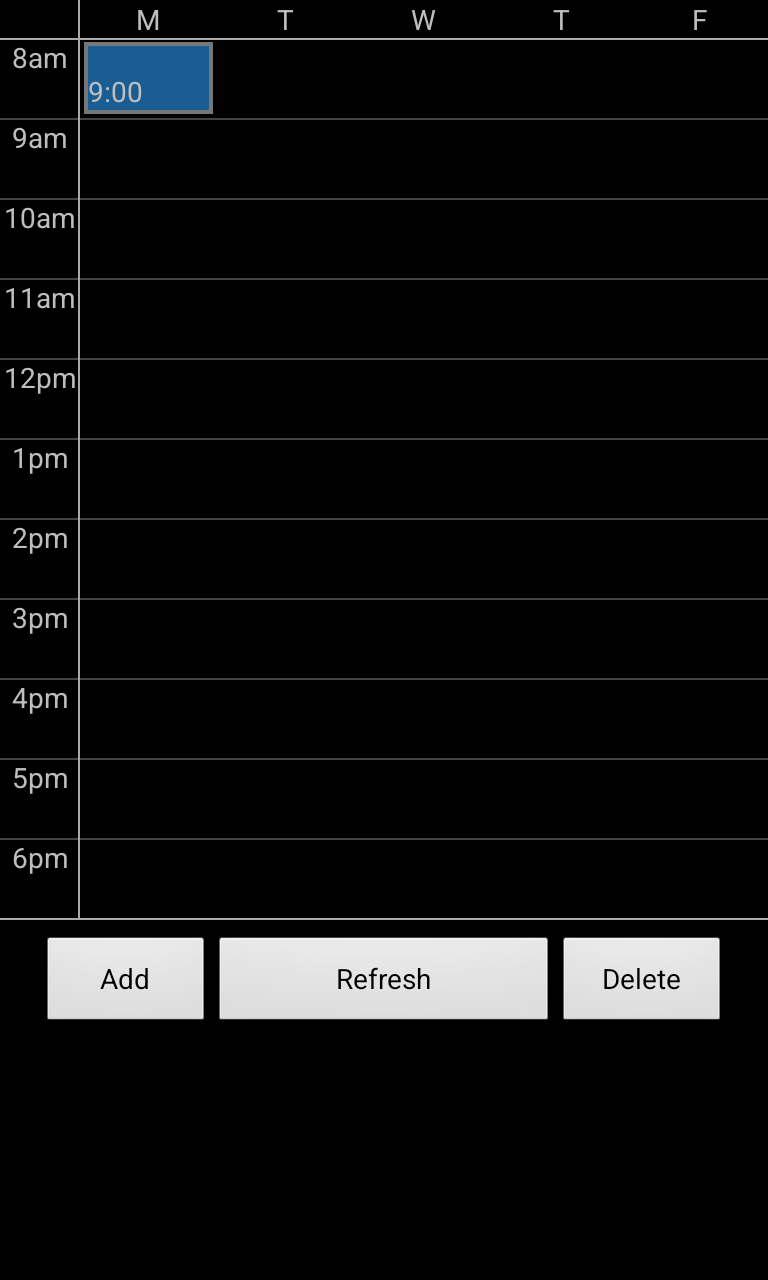
Repository: appsfactory/OfficeHours
Layout: OfficeHoursClient/res/layout/activity_schedule_view.xml
An editor plug-in stored every save of this project. The layout is shown before and after the next save, followed by the edit.
It is drawn on a 768 x 1280 px phone screen (xhdpi) without system bars, with theme AppTheme; the app's code is not run.

Above is the layout before, as saved 2012-09-27 18:13:13.

After the next save:
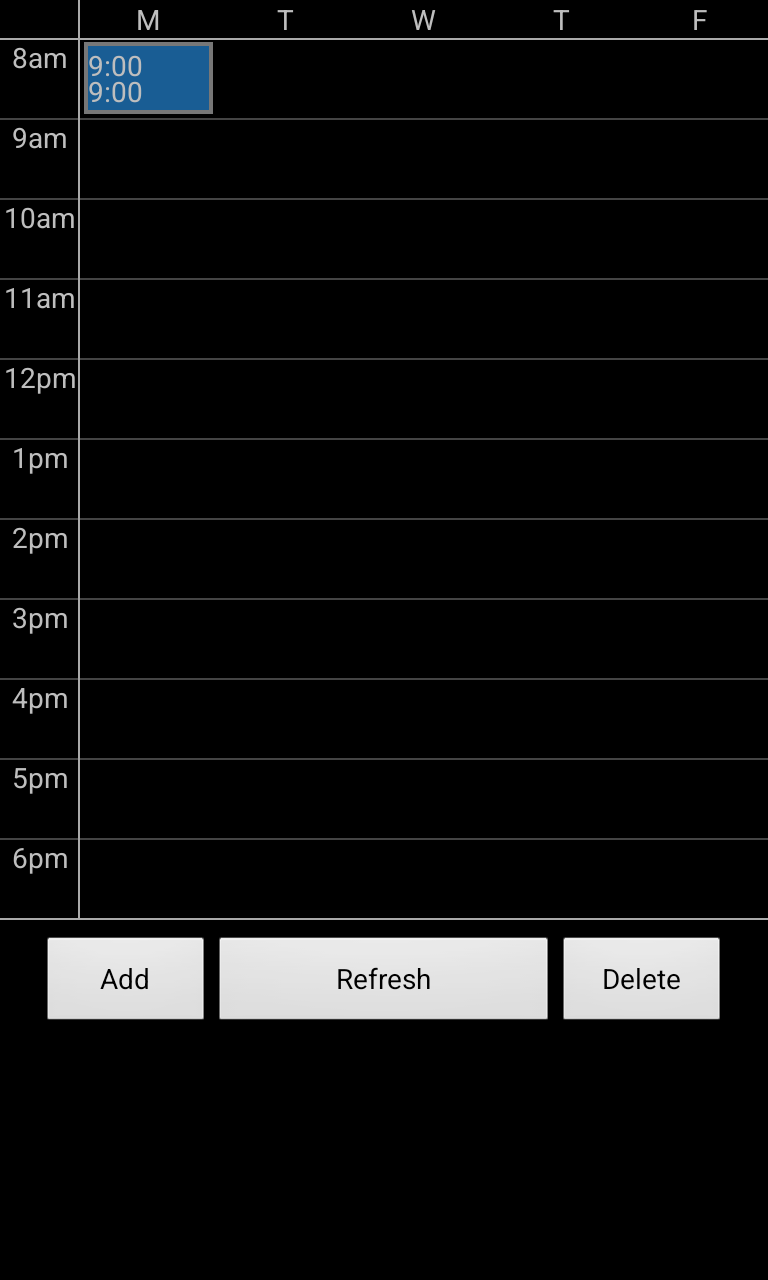
Saved 24 s later.
--- a/OfficeHoursClient/res/layout/activity_schedule_view.xml
+++ b/OfficeHoursClient/res/layout/activity_schedule_view.xml
@@ -243,7 +243,11 @@
 							    android:layout_height="32dp"
 							    android:layout_margin="4dp"
 							    android:background="#195D94">
-							    android:layout_alignParentBottom="true"
+							    <TextView
+							    	android:layout_width="fill_parent"
+							    	android:layout_height="wrap_content"
+							    	android:layout_alignParentTop="true"
+							    	android:text="9:00"/>
 							    <TextView
 							    	android:layout_width="fill_parent"
 							    	android:layout_height="wrap_content"
